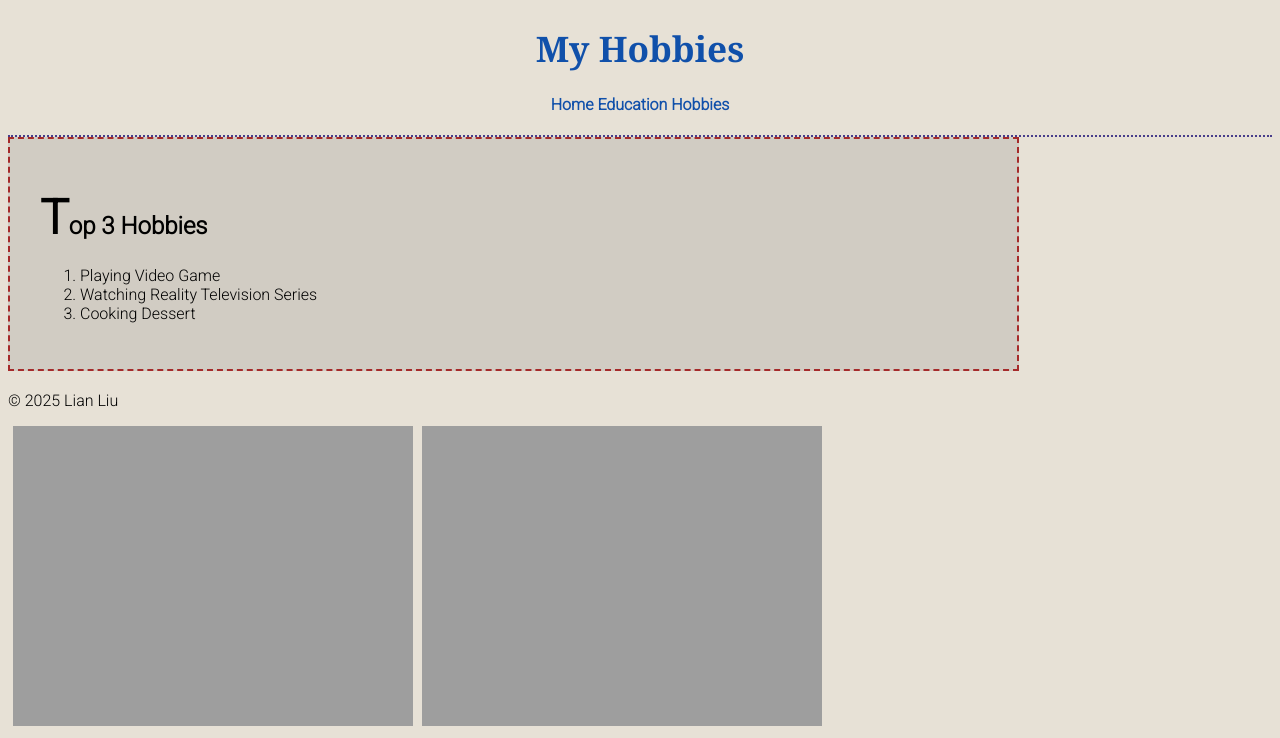
Repository: liulian26/CS5610
Page: assignment-1-liulian26/pages/hobbies.html
The author's editor kept a copy of each file at every save. The page is drawn from the files as they stood at one save, then again after the next save.
The browser window is 1280 px wide. The pictures show the whole page.
Pictures or frames that could not be fetched are drawn as grey boxes.

Above is the page before, as saved 2025-02-01 00:29:04.

### assignment-1-liulian26/pages/hobbies.html
<!DOCTYPE html>
<html lang="en">
<head>
    <meta charset="UTF-8">
    <meta name="viewport" content="width=device-width, initial-scale=1.0">
    <title>Hobbies - My Portfolio</title>
    <link rel="stylesheet" href="../css/styles.css">
    <link rel="icon" href="../images/favicon.ico" type="image/x-icon">
</head>
<body>
    <header>
        <h1>My Hobbies</h1>
        <nav>
            <ul>
                <li><a href="../index.html">Home</a></li>
                <li><a href="education.html">Education</a></li>
                <li><a href="hobbies.html">Hobbies</a></li>
            </ul>
        </nav>
    </header>

    <main>
        <section>
            <h2>Top 3 Hobbies</h2>
            <ol>
                <li>Playing Video Game</li>
                <li>Watching Reality Television Series</li>
                <li>Cooking Dessert</li>
            </ol>
        </section>

    </main>

    <footer>
        <p>&copy; 2025 Lian Liu</p>
        <a href="https://github.com/liulian26" target="_blank">
            <i class="fab fa-github"></i>
        </a>
        <a href="mailto:liu.lian1@northeastern.edu">
            <i class="fas fa-envelope"></i>
        </a>
    </footer>
</body>
</html>

### assignment-1-liulian26/css/styles.css
@import url('https://fonts.googleapis.com/css2?family=Roboto:wght@300&display=swap');

header {
    text-align: center;
    border-bottom: 2px dotted darkslateblue;
    padding-bottom: 5px;

}

#role {
    font-weight: bold;
}

h1 {
    color: #1050aa;
    font-family: Georgia, 'Times New Roman', Times, serif;
    font-size: 2.2em;
}

nav ul {
    list-style-type: none;
    padding: 0;
    text-align: center;
}

nav ul li {
    display: inline;
    margin-right: 0 20px;
}

nav ul li a {
    text-decoration: none;
    color: #1050aa;
    font-weight: bold;
}

nav ul li a:hover {
    color: crimson;
}

main {
    width: 80%;
    margin: 20 auto;
}

section {
    border: 2px dashed brown;
    padding: 30px;
    margin-bottom: 20px;
    background-color: rgba(120, 120, 120, 0.2);
}

body {
    background-color: rgb(231, 225, 214);
    font-family: 'Roboto', sans-serif;
}

.about {
    border: 2px dashed brown;
    margin: 10px 0;
}

.projects {
    border: 2px dashed brown;
    margin: 10px 0;
}

a[href*="github"]:hover {
    color: crimson;
}

a[href*="github"]::after {
    content: url(../images/GitHub-Mark-32px.png);
    margin-left: 5px;
    vertical-align: middle;
}

h2::first-letter {
    font-size: 3rem;
}

header a:nth-of-type(2) {
    margin-left: 20px;
}


.education .education-list > li:first-child {
    font-style: italic;
  }

  .skills li {
    list-style-type: none;
  }

.experience > ul > li~li {
    color: darkgreen;
}

a[href$=".edu"]::before {
    content: url(../images/link.png);
    margin-left: 5px;
    vertical-align: middle;
}

.skills li:last-child {
    font-size: 1.3rem;
    background-color: rgba(120, 120, 120, 0.2);
}

header a:visited {
    color: rgb(237, 122, 127);
}

After the next save:
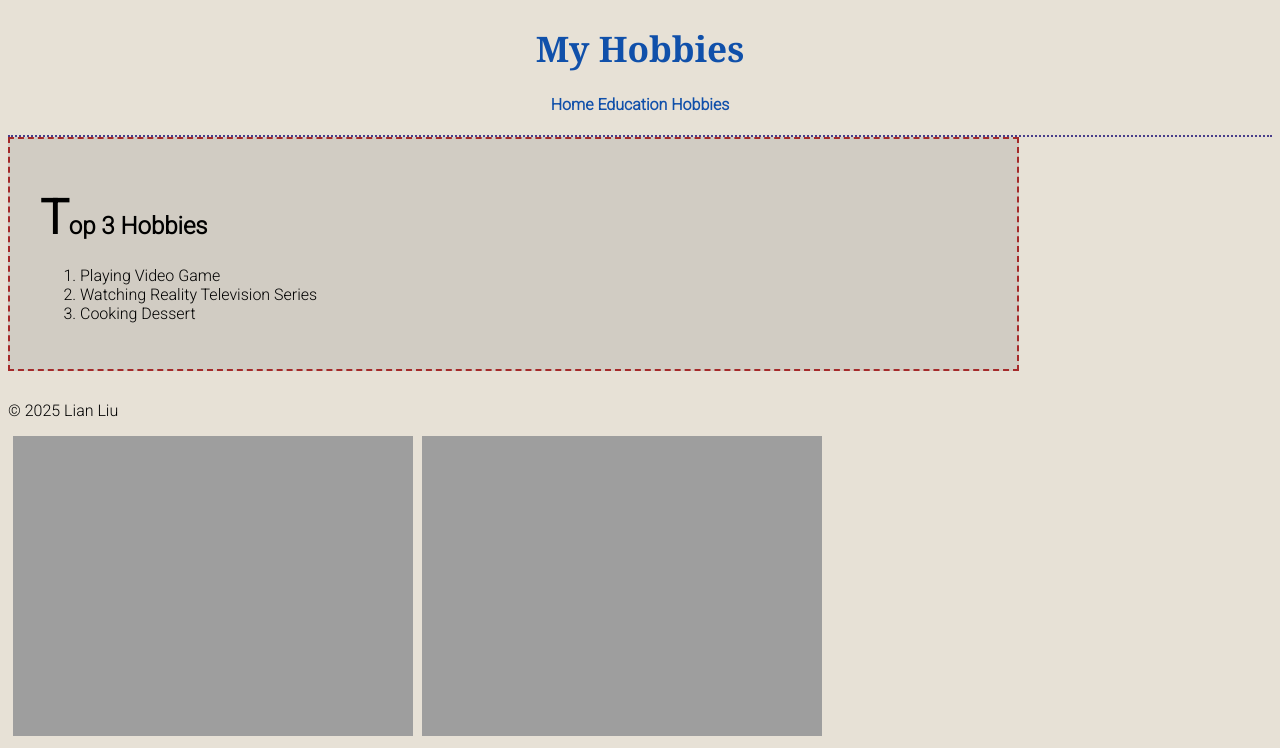
Saved 13 s later.
--- a/assignment-1-liulian26/css/styles.css
+++ b/assignment-1-liulian26/css/styles.css
@@ -46,7 +46,7 @@ main {
 section {
     border: 2px dashed brown;
     padding: 30px;
-    margin-bottom: 20px;
+    margin-bottom: 30px;
     background-color: rgba(120, 120, 120, 0.2);
 }
 
